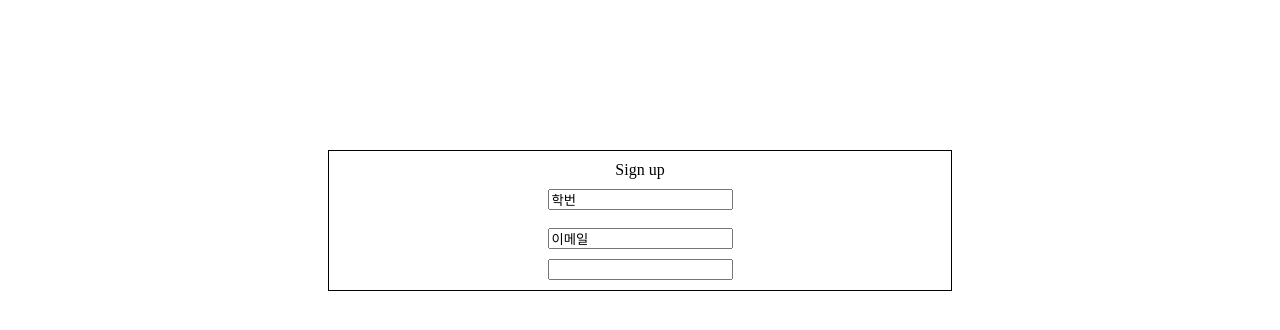
Repository: smandkd/Multicampus_Frontend
Page: http://localhost/Mulcam_Project/jsp/signup.jsp
These files come from the project's save history. The page is drawn as it stood at one moment and after the next save; the edit follows.
The browser window is 1280 px wide. The pictures show the whole page.
The page is served by Tomcat 9.

Above is the page before, as saved 2022-01-30 02:18:19.

After the next save:
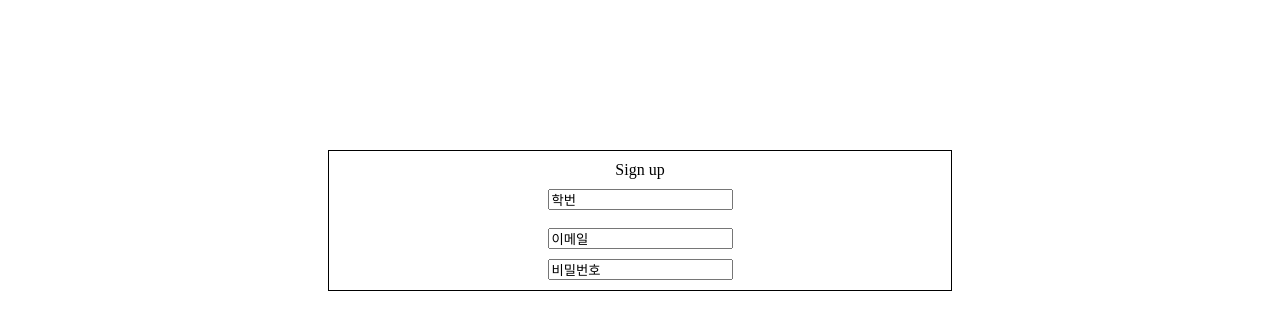
Saved 17 s later.
--- a/Mulcam_Project/jsp/signup.jsp
+++ b/Mulcam_Project/jsp/signup.jsp
@@ -34,7 +34,7 @@
 		<input type="text" value="이메일"/>
 		</div>
 		<div class="c">
-		<input type="text" valeu="비밀번호"/>
+		<input type="text" value="비밀번호"/>
 		</div>
 	</div>
 </div>
